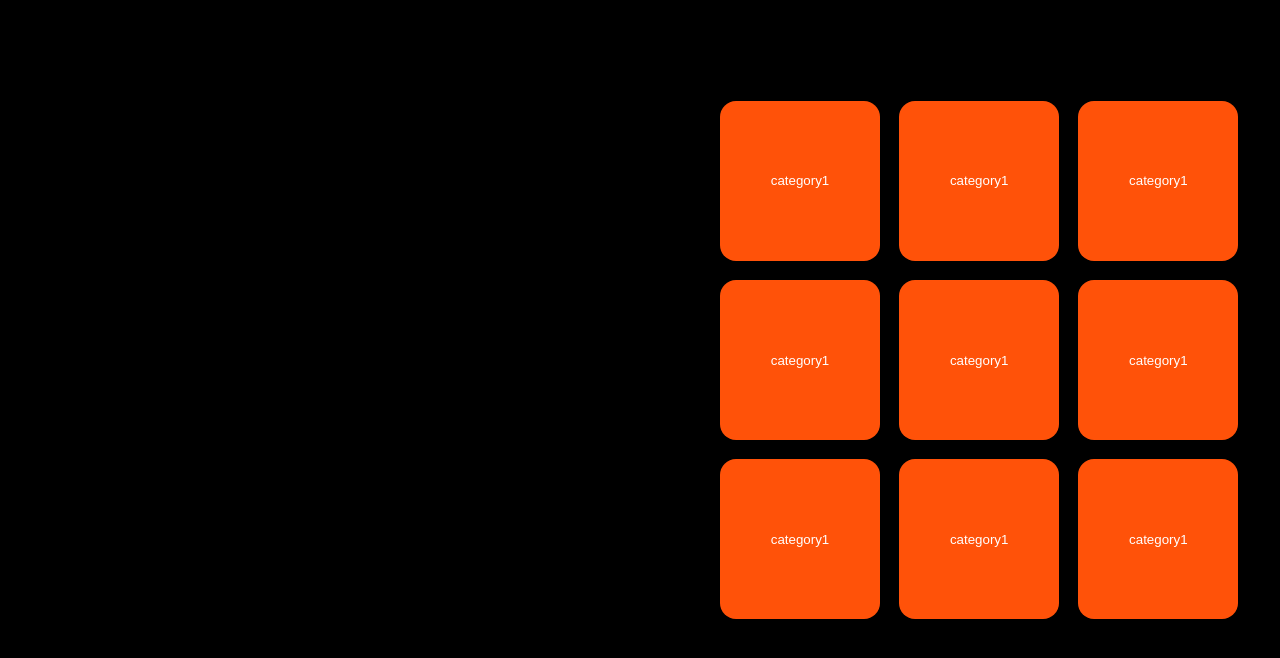
Repository: drumsmanku/react-capstone-project-2
Page: /categories
These files come from the project's save history. The page is drawn as it stood at one moment and after the next save; the edit follows.
The browser window is 1280 px wide. The pictures show the whole page.
Some web fonts or font styles are not loaded; a fallback is used. The project was rebuilt for these pictures with package versions that can differ from the ones it lists, and the page was loaded fresh each time. Also part of the build but not shown: src/components/RegistrationPage.js, src/components/SubmitSuccess.js.

Above is the page before, as saved 2023-05-24 08:54:06.

### src/index.css
body,html{
  padding: 0;
  margin: 0;
}

### src/App.js
import './App.css';
import RegistrationPage from './components/RegistrationPage';
import SubmitSuccess from './components/SubmitSuccess';
import CategoriesPage from './components/CategoriesPage';
import { BrowserRouter as Router, Route, Routes} from 'react-router-dom';
function App() {
  const categories=['category1', 'category1','category1','category1','category1','category1','category1', 'category1','category1',];
  const colors=['#FF5209', '#FF5209','#FF5209','#FF5209','#FF5209','#FF5209','#FF5209','#FF5209','#FF5209',]
  return (
    <div className='App'>
      <Router>
        <Routes>
          <Route path='/' element={<RegistrationPage />}/>
          <Route path='/success' element={<SubmitSuccess/>}/>
          <Route path='/categories' element={<CategoriesPage categories={categories} backgroundcolor={colors} />}/>
        </Routes>
      </Router>
    </div>
  );
}

export default App;

### src/App.css
.App {
  margin: 0;
  padding: 0;

}

### src/components/CategoriesPage.js
import React from 'react'
import './CategoriesPage.css'

function CategoriesPage(props) {
  const{categories, backgroundcolor}=props
  return (
    <div className='container'>
      <div className='first-container'>

      </div>
      <div className='second-container'>
        <div className='category-container'>
          {categories.map((category, index)=>(
            <button style={{border:'none', background:'none',color:'white', backgroundColor:backgroundcolor[index], height:'10rem', width:'10rem', margin:'0.6rem', borderRadius:'1rem'}} key={index}>{category}</button>
          ))}
        </div>
        <div>
          {/* next page button */}
        </div>

      </div>
    </div>
  )
}

export default CategoriesPage

### src/components/RegistrationPage.css
@import url('https://fonts.googleapis.com/css2?family=Roboto:wght@900&display=swap');
@import url('https://fonts.googleapis.com/css2?family=Single+Day&display=swap');
@import url('https://fonts.googleapis.com/css2?family=DM+Sans&display=swap');
.reg-page{
  background-image: url('../Assets/back1.png');
  background-size: 50% 120%;
  background-repeat: no-repeat;
  height: 100vh;

  background-color: black;
  display: flex;
}
.first-div{
  font-family:'Roboto';
  color: white;
  width: 50%;
  height: 100vh;
  display: flex;
  justify-content: center;
  position: relative;
}
.first-first-div{
  width: 70%;
  position: absolute;
  bottom: 4.5rem;
}
.first-first-div h1{
  font-size: 3rem;
  padding: 0;
  margin: 0;
}
.second-div{
  height: inherit;
  width: 50%;
  display: flex;
  flex-direction: column;
  justify-content: center;
  align-items: center;
  color: white;
}
.second-div h1{
  font-family: 'Single Day';
  font-size: 3.3rem;
  color: #72DB73;
  font-weight: 400;
  margin: 0;
}
.second-div h4{
  font-family: 'DM Sans';
  font-weight: 200;
  margin-bottom: 2rem;
  margin-top: 1rem;
  font-size: 1.1rem;
}
form{
  display: flex;
  flex-direction: column;
}
form input[type=text]{
  margin: 0.7rem;
  width: 23rem;
  height: 2.9rem;
  border: none;
  background-color: #292929;
  border-radius: 0.1rem;
  font-family: 'DM Sans';
}
form input[type=number]{
  margin: 0.7rem;
  width: 23rem;
  height: 2.9rem;
  border: none;
  background-color: #292929;
  border-radius: 0.1rem;
  font-family: 'DM Sans';

}
form input[type=email]{
  margin: 0.7rem;
  width: 23rem;
  height: 2.9rem;
  border: none;
  background-color: #292929;
  border-radius: 0.1rem;
  font-family: 'DM Sans';
}

form input::placeholder{
  padding-left: 0.9rem;
  font-size: 1rem;
}
.checkbox1{
  width: 100%;
  display: flex;
  padding-left: 0.5rem;
  font-family: 'DM Sans';
  margin: 1.6rem 0 1.6rem 0;
  font-size: 0.9rem;
}
.checkbox1 input[type="checkbox"]{
  margin-right: 1rem;
  border: none;
  transform: scale(1.4);
}
form button{
  background-color: #72DB73;
  border: none;
  height: 3rem;
  width: 23rem;
  border-radius: 2.2rem;
  font-size: 1.4rem;
  font-family: 'DM Sans';
  font-weight: 600;
  color: white;
  letter-spacing: 0.2rem;
}

### src/components/CategoriesPage.css
.container{
  display:flex;
  background-color: black;
  height: 100vh;
  width: 100%;
}
.first-container{
  height: inherit;
  width: 40%;
}

.second-container{
  height: inherit;
  width: 60%;
  display: flex;
  flex-direction: column;
  justify-content: center;
  align-items: flex-end;
  position: relative;
}
.category-container{
  width: 70%;
  margin-right: 2rem;
  position: absolute;
}

Loaded but not shown: public/index.html (common file); src/index.js (common file)

After the next save:
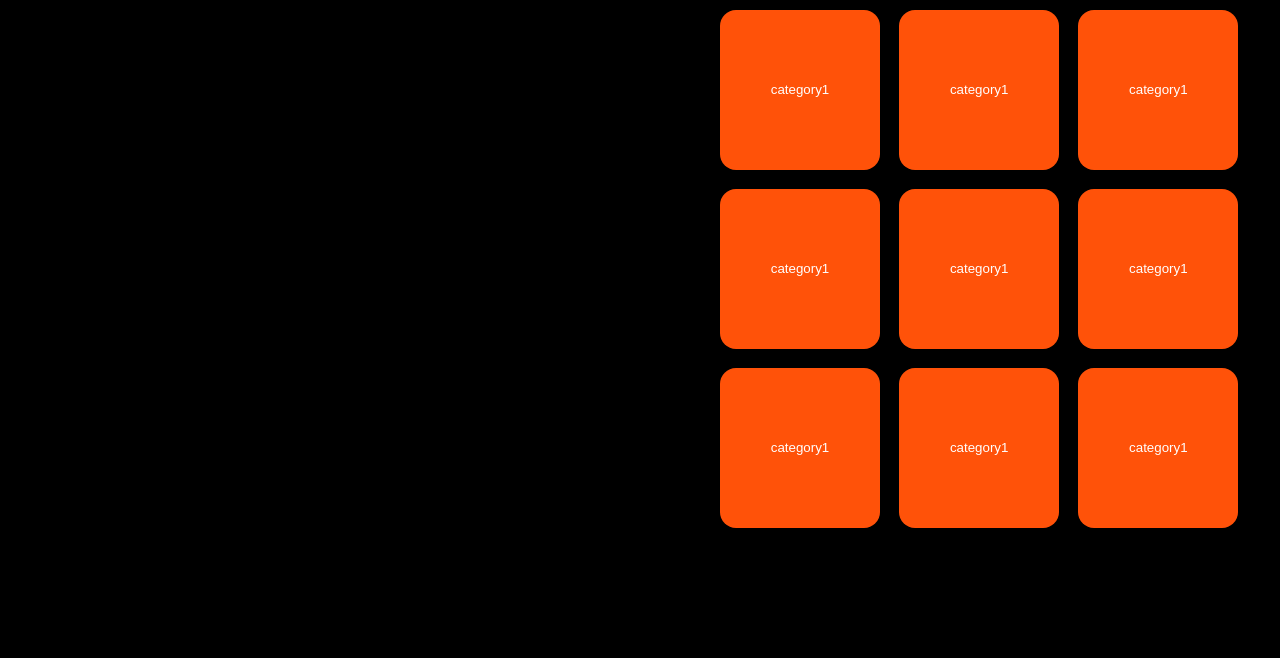
Saved 9 s later.
--- a/src/components/CategoriesPage.css
+++ b/src/components/CategoriesPage.css
@@ -22,4 +22,5 @@
   width: 70%;
   margin-right: 2rem;
   position: absolute;
+  top: 0;
 }

After the save that followed:
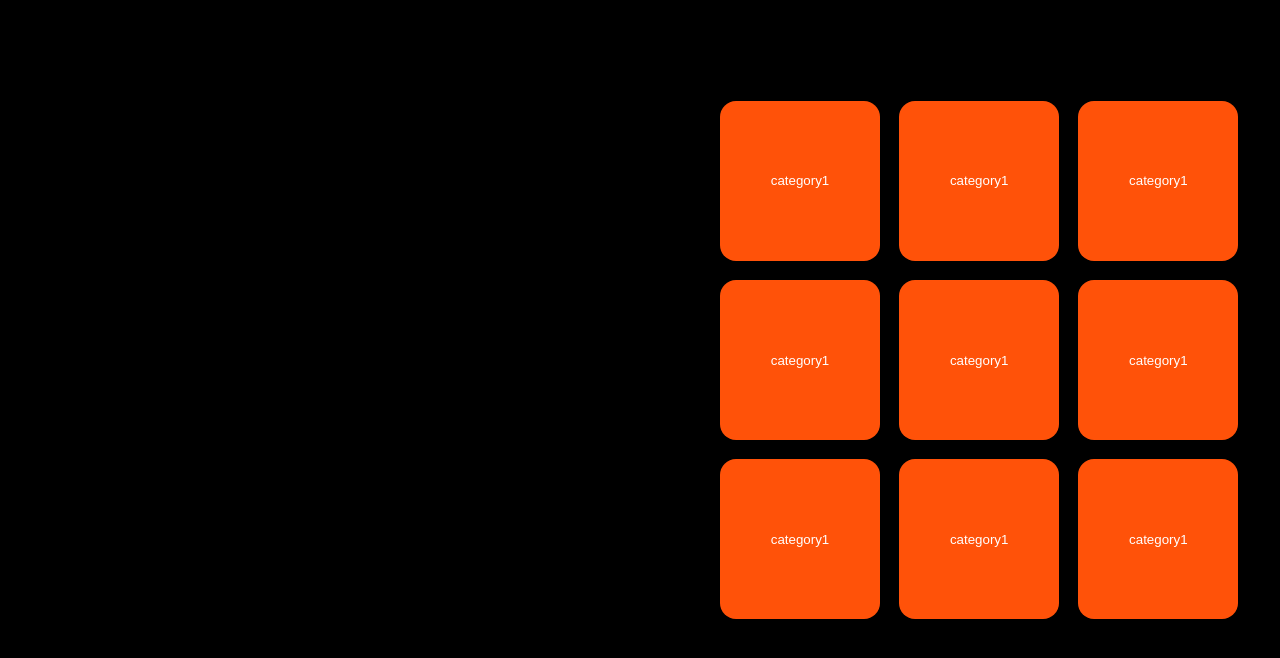
Saved 8 s later.
--- a/src/components/CategoriesPage.css
+++ b/src/components/CategoriesPage.css
@@ -22,5 +22,5 @@
   width: 70%;
   margin-right: 2rem;
   position: absolute;
-  top: 0;
+  top: 4;
 }
